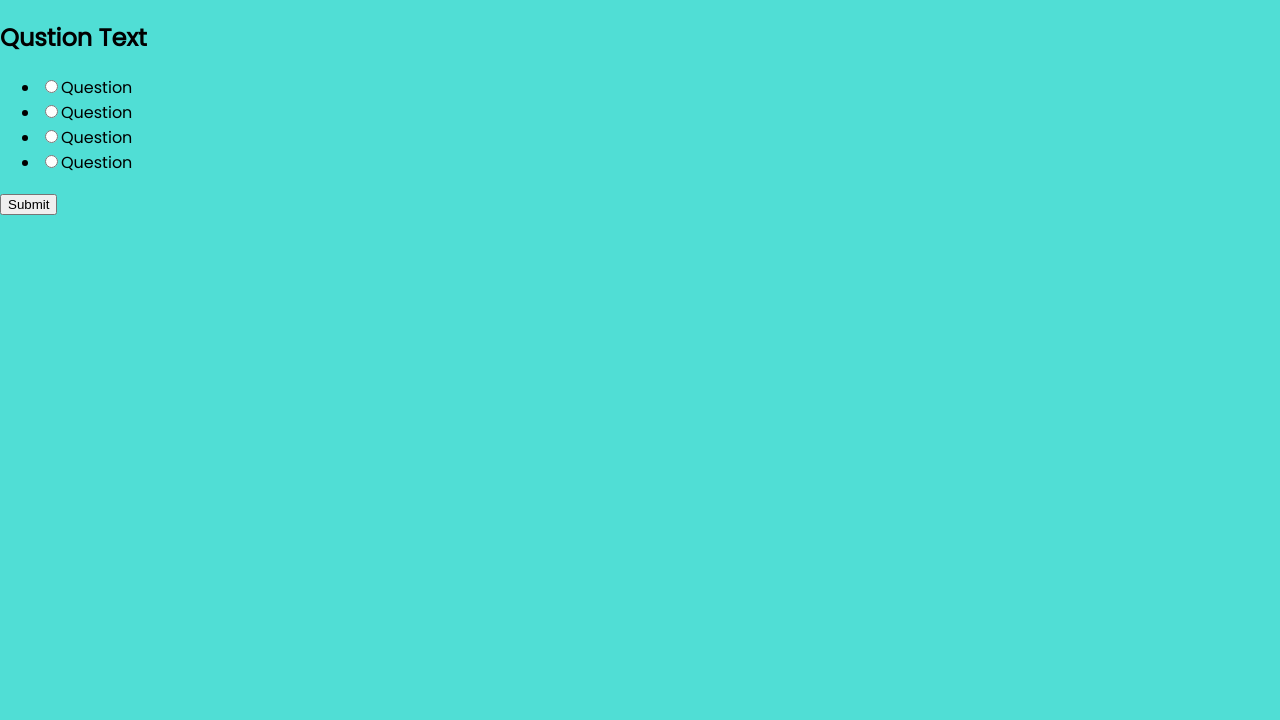
Repository: Abhi2359/Intermediate-projects
Page: Quiz App/index.html
An editor plug-in stored every save of this project. The page is shown before and after a run of saves, followed by the edit.
The browser window is 1280 px wide. The pictures show the whole page.

Above is the page before, as saved 2023-01-31 13:46:02.

### Quiz App/index.html
<!DOCTYPE html>
<html lang="en">
  <head>
    <meta charset="UTF-8" />
    <meta http-equiv="X-UA-Compatible" content="IE=edge" />
    <meta name="viewport" content="width=device-width, initial-scale=1.0" />
    <title>Quiz App</title>
    <link rel="stylesheet" href="style.css">
  </head>
  <body>
    <div class="quiz-container">
      <h2>Qustion Text</h2>
      <ul>
        <li>
          <input type="radio" name="answer" id="a" /><label for="a"
            >Question</label
          >
        </li>
        <li>
          <input type="radio" name="answer" id="b" /><label for="b"
            >Question</label
          >
        </li>
        <li>
          <input type="radio" name="answer" id="c" /><label for="c"
            >Question</label
          >
        </li>
        <li>
          <input type="radio" name="answer" id="d" /><label for="d"
            >Question</label
          >
        </li>
      </ul>
      <button>Submit</button>
    </div>
  </body>
</html>

### Quiz App/style.css
@import url("https://fonts.googleapis.com/css2?family=Poppins&family=Roboto:wght@300;500;700;900&display=swap");

* {
  box-sizing: border-box;
}

body {
  font-family: "Poppins", sans-serif;
  margin: 0;
  background-color: rgb(80, 222, 213) ;

}

After the next 2 saves:
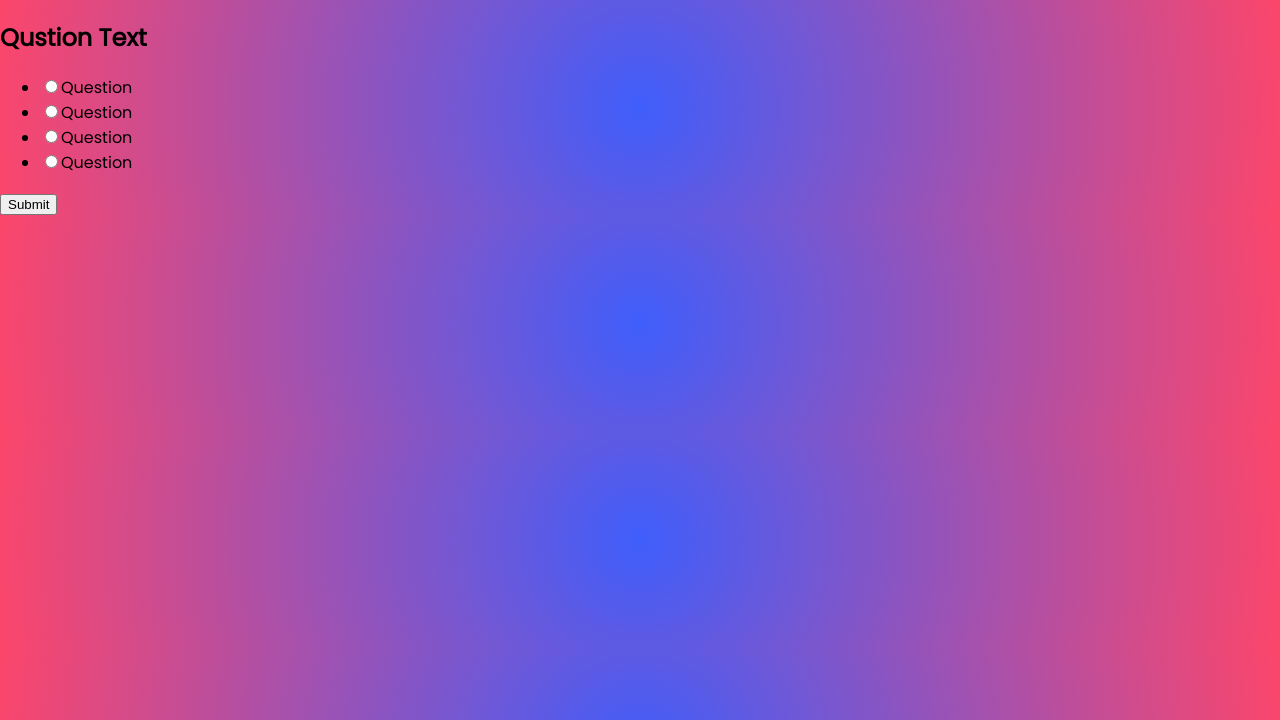
The 2 saves are shown as one change because they came seconds apart.
The last was saved 2 min 26 s later.
--- a/Quiz App/style.css
+++ b/Quiz App/style.css
@@ -7,6 +7,7 @@
 body {
   font-family: "Poppins", sans-serif;
   margin: 0;
-  background-color: rgb(80, 222, 213) ;
+  background: rgb(63,94,251);
+  background: radial-gradient(circle, rgba(63,94,251,1) 0%, rgba(252,70,107,1) 100%);
 
 }
